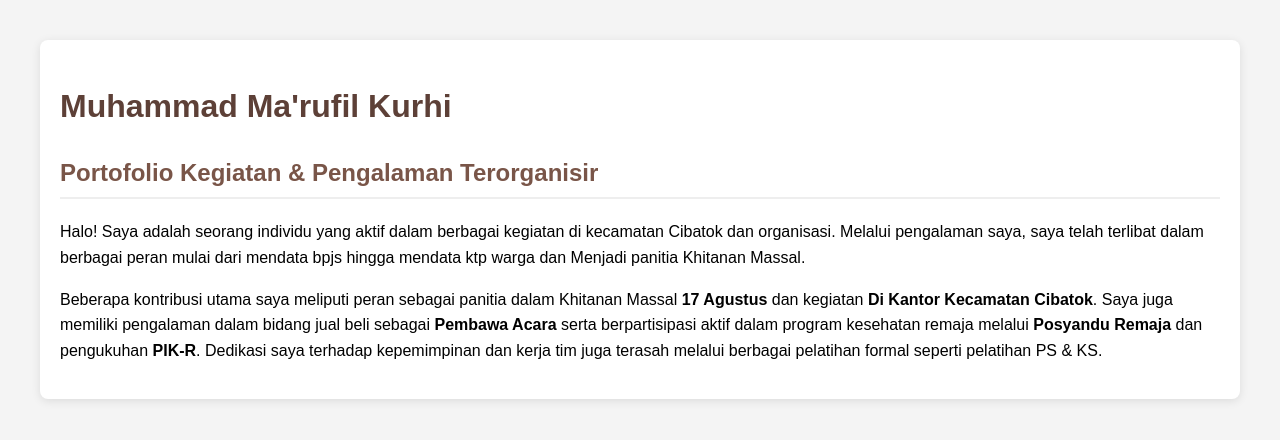
Repository: rufi1126/241552010002-Web-Application-Development
Page: p-2/latihan1.html
These files come from the project's save history. The page is drawn as it stood at one moment and after a run of saves; the edit follows.
The browser window is 1280 px wide. The pictures show the whole page.

Above is the page before, as saved 2026-02-27 17:26:05.

### p-2/latihan1.html
<!DOCTYPE html>
<html lang="id">
<head>
    <meta charset="UTF-8">
    <meta name="viewport" content="width=device-width, initial-scale=1.0">
    <title>Portofolio Muhammad Ma'rufil Kurhi</title>
    <style>
        body {
            font-family: Arial, sans-serif;
            line-height: 1.6;
            margin: 40px;
            background-color: #f4f4f4;
        }
        .container {
            background: white;
            padding: 20px;
            border-radius: 8px;
            box-shadow: 0 2px 10px rgba(0,0,0,0.1);
        }
        h1 {
            color: #5d4037;
        }
        h2 {
            color: #795548;
            border-bottom: 2px solid #eee;
            padding-bottom: 5px;
        }
    </style>
</head>
<body>

    <div class="container">
        <h1>Muhammad Ma'rufil Kurhi</h1>
        <h2>Portofolio Kegiatan & Pengalaman Terorganisir</h2>

        <p>
            Halo! Saya adalah seorang individu yang aktif dalam berbagai kegiatan di kecamatan Cibatok dan organisasi.
            Melalui pengalaman saya, saya telah terlibat dalam berbagai peran mulai dari mendata bpjs
            hingga mendata ktp warga dan Menjadi panitia Khitanan Massal.
        </p>

        <p>
            Beberapa kontribusi utama saya meliputi peran sebagai panitia dalam Khitanan Massal <strong>17 Agustus</strong>
            dan kegiatan <strong>Di Kantor Kecamatan Cibatok</strong>. Saya juga memiliki pengalaman dalam bidang jual beli
            sebagai <strong>Pembawa Acara</strong> serta berpartisipasi aktif dalam program kesehatan remaja melalui
            <strong>Posyandu Remaja</strong> dan pengukuhan <strong>PIK-R</strong>. Dedikasi saya terhadap kepemimpinan
            dan kerja tim juga terasah melalui berbagai pelatihan formal seperti pelatihan PS & KS.
        </p>
    </div>

</body>
</html>

After the next 3 saves:
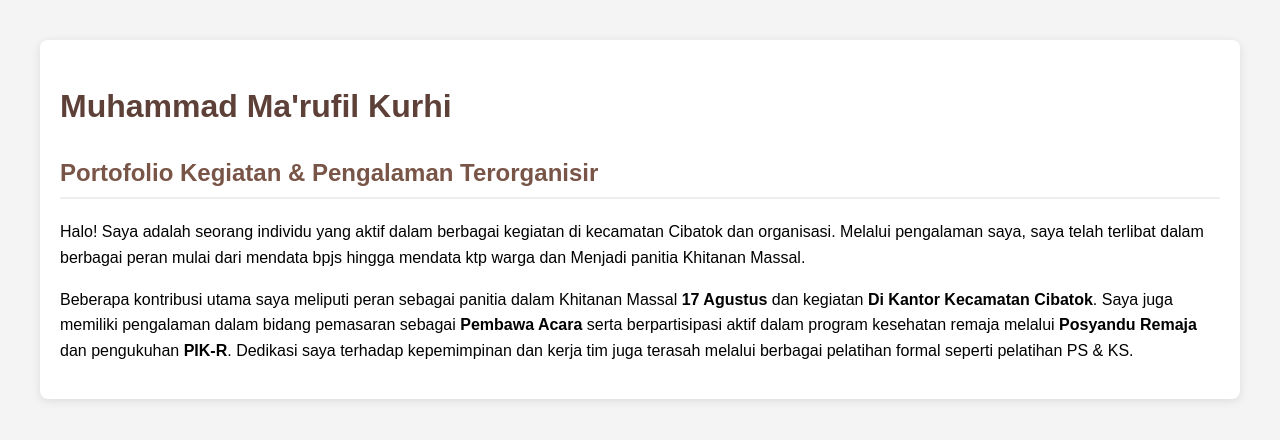
The 3 saves are shown as one change because they came seconds apart.
The last was saved 14 s later.
--- a/p-2/latihan1.html
+++ b/p-2/latihan1.html
@@ -41,7 +41,7 @@
 
         <p>
             Beberapa kontribusi utama saya meliputi peran sebagai panitia dalam Khitanan Massal <strong>17 Agustus</strong>
-            dan kegiatan <strong>Di Kantor Kecamatan Cibatok</strong>. Saya juga memiliki pengalaman dalam bidang jual beli
+            dan kegiatan <strong>Di Kantor Kecamatan Cibatok</strong>. Saya juga memiliki pengalaman dalam bidang pemasaran
             sebagai <strong>Pembawa Acara</strong> serta berpartisipasi aktif dalam program kesehatan remaja melalui
             <strong>Posyandu Remaja</strong> dan pengukuhan <strong>PIK-R</strong>. Dedikasi saya terhadap kepemimpinan
             dan kerja tim juga terasah melalui berbagai pelatihan formal seperti pelatihan PS & KS.
